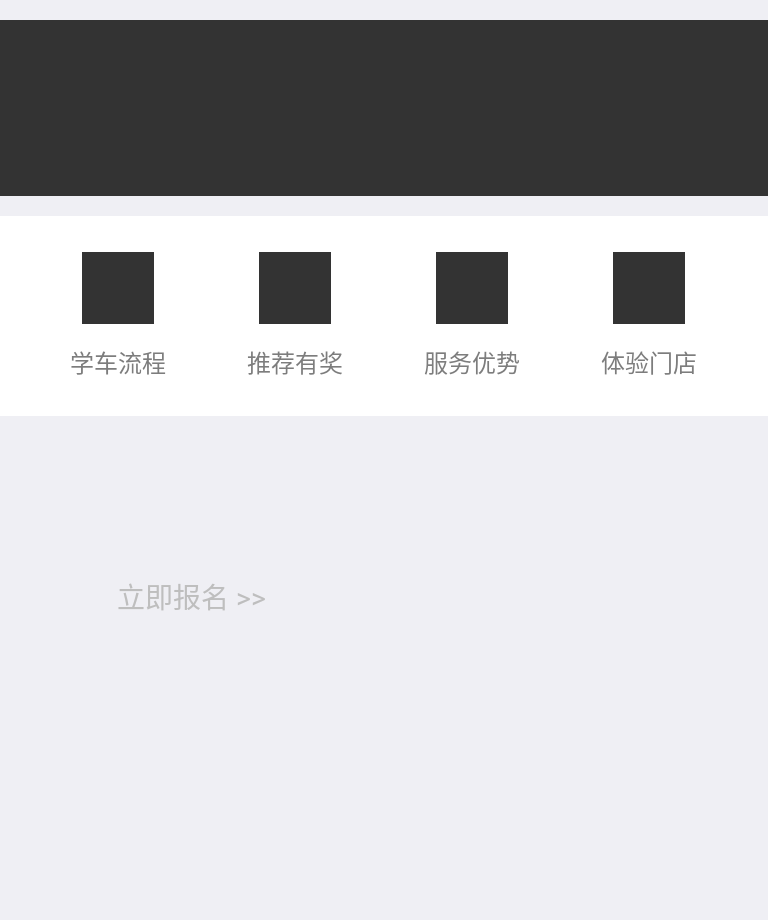
Repository: BugBang/paipaixueche
Layout: DGJP/res/layout/act_home_pager.xml
The author's editor kept a copy of each file at every save. The layout is drawn from the files as they stood at one save, then again after the next save.
The pictures show rows 360 to 1280 of an output 1280 px tall.
It is drawn on a 768 x 1280 px phone screen (xhdpi) without system bars, with theme android:Theme; the app's code is not run.

Above is the layout before, as saved 2016-11-11 08:43:37.

### DGJP/res/layout/act_home_pager.xml
<?xml version="1.0" encoding="utf-8"?>

<LinearLayout
    xmlns:android="http://schemas.android.com/apk/res/android"
    xmlns:app="http://schemas.android.com/apk/res-auto"
    android:layout_width="match_parent"
    android:background="@color/gray_bg"
    android:layout_height="match_parent"
    android:orientation="vertical" >
    <RelativeLayout
        android:layout_width="match_parent"
	    android:layout_height="180dp">
       <!-- -->  <com.session.dgjp.view.CarouselView
	        android:id="@+id/top_ad_view"
	        android:layout_width="match_parent"
		    android:layout_height="180dp"
        />
        <RelativeLayout
            android:background="@android:color/transparent"
            android:orientation="horizontal"
            android:layout_width="match_parent"
            android:layout_height="@dimen/view_48"
            >
            <TextView
                android:id="@+id/tv_local"
                android:textColor="@color/white"
                android:layout_centerVertical="true"
                android:layout_marginLeft="@dimen/view_20"
                android:layout_width="wrap_content"
                android:layout_height="wrap_content"
                android:textSize="@dimen/text_medium_xx"
                android:text="@string/home_tv_local"
                />
            <TextView
                android:textColor="@color/white"
                android:layout_centerInParent="true"
                android:layout_width="wrap_content"
                android:layout_height="wrap_content"
                android:textSize="@dimen/text_title"
                android:text="@string/home_tv_title"
                />
            <TextView
                android:id="@+id/tv_call"
                android:textColor="@color/white"
                android:layout_centerVertical="true"
                android:layout_alignParentRight="true"
                android:layout_marginRight="@dimen/view_20"
                android:layout_width="wrap_content"
                android:layout_height="wrap_content"
                android:textSize="@dimen/text_medium_xx"
                android:text="@string/home_tv_call"
                />
        </RelativeLayout>
    </RelativeLayout>

    <ImageView
        android:layout_marginTop="@dimen/view_10"
        android:layout_width="match_parent"
        android:layout_height="@dimen/view_88"
        android:background="@color/black_333333"
        />

    <LinearLayout
        android:paddingLeft="@dimen/view_15"
        android:paddingRight="@dimen/view_15"
        android:orientation="horizontal"
        android:background="@color/white"
        android:layout_marginTop="@dimen/view_10"
        android:layout_width="match_parent"
        android:layout_height="@dimen/view_100"
        >
        <LinearLayout
            android:orientation="vertical"
            android:layout_width="0dp"
            android:layout_weight="1"
            android:gravity="center"
            android:layout_height="match_parent"
            >
            <ImageView
                android:layout_width="@dimen/view_36"
                android:layout_height="@dimen/view_36"
                android:background="@color/black_333333"
                />
            <TextView
                android:layout_marginTop="10dp"
                android:gravity="center"
                android:layout_width="match_parent"
                android:layout_height="wrap_content"
                android:text="学车流程"
                android:textSize="@dimen/text_medium_x"
                android:textColor="@color/text_gray_dark2"
                />

        </LinearLayout>
        <LinearLayout
            android:orientation="vertical"
            android:layout_width="0dp"
            android:layout_weight="1"
            android:gravity="center"
            android:layout_height="match_parent"
            >
            <ImageView
                android:layout_width="@dimen/view_36"
                android:layout_height="@dimen/view_36"
                android:background="@color/black_333333"
                />
            <TextView
                android:layout_marginTop="10dp"
                android:gravity="center"
                android:layout_width="match_parent"
                android:layout_height="wrap_content"
                android:text="推荐有奖"
                android:textSize="@dimen/text_medium_x"
                android:textColor="@color/text_gray_dark2"
                />
        </LinearLayout>
        <LinearLayout
            android:orientation="vertical"
            android:layout_width="0dp"
            android:layout_weight="1"
            android:gravity="center"
            android:layout_height="match_parent"
            >
            <ImageView
                android:layout_width="@dimen/view_36"
                android:layout_height="@dimen/view_36"
                android:background="@color/black_333333"
                />
            <TextView
                android:layout_marginTop="10dp"
                android:gravity="center"
                android:layout_width="match_parent"
                android:layout_height="wrap_content"
                android:text="服务优势"
                android:textSize="@dimen/text_medium_x"
                android:textColor="@color/text_gray_dark2"
                />

        </LinearLayout>
        <LinearLayout
            android:orientation="vertical"
            android:layout_width="0dp"
            android:gravity="center"
            android:layout_weight="1"
            android:layout_height="match_parent"
            >
            <ImageView
                android:layout_width="@dimen/view_36"
                android:layout_height="@dimen/view_36"
                android:background="@color/black_333333"
                />
            <TextView
                android:layout_marginTop="10dp"
                android:gravity="center"
                android:layout_width="match_parent"
                android:layout_height="wrap_content"
                android:text="体验门店"
                android:textSize="@dimen/text_medium_x"
                android:textColor="@color/text_gray_dark2"
                />
        </LinearLayout>


    </LinearLayout>

    <LinearLayout
        android:layout_marginTop="10dp"
        android:layout_width="match_parent"
        android:layout_height="160dp"
        android:orientation="horizontal"
        >
        <LinearLayout
            android:gravity="center"
            android:layout_width="0dp"
            android:layout_weight="1"
            android:layout_height="match_parent"
            >
            <TextView
                android:layout_width="wrap_content"
                android:layout_height="wrap_content"
                android:text="立即报名 >>"
                />

        </LinearLayout>

         <LinearLayout
             android:gravity="center"
            android:layout_width="0dp"
            android:layout_weight="1"
            android:layout_height="match_parent"
            >

        </LinearLayout>

    </LinearLayout>

</LinearLayout>

### DGJP/res/values/colors.xml
<?xml version="1.0" encoding="utf-8"?>
<resources>

    <color name="common_background">#EBEBEB</color>
    <color name="common_background_transparent">#AAEBEBEB</color>
    <color name="dialog_background">#EEEEEE</color>
    <color name="text_title">#555555</color>
    <color name="divider">#D2D2D2</color>
    <color name="blue">#1990DE</color>
    <color name="blue_00BFF3">#00BFF3</color>
    <color name="red">#FF3000</color>
    <color name="red_FF0808">#FF0808</color>
    <color name="red_pressed">#DD2222</color>
    <color name="pure_red">#FF0000</color>
    <color name="gray">#B8B8B8</color>
    <color name="blue_press">#0F7CC4</color>
    <color name="stroke_blue">#1990DE</color>
    <color name="white">#FFFFFF</color>
    <color name="bg_message_time">#F4F4F4</color>
    <color name="green_00A00B">#00A00B</color>
    <color name="gray_666666">#666666</color>
    <color name="gray_999999">#999999</color>
    <color name="gray_A8A8A8">#A8A8A8</color>
    <color name="gray_ADADAD">#ADADAD</color>
    <color name="gray_9B9B9B">#9B9B9B</color>
    <color name="gray_EFEFEF">#EFEFEF</color>
    <color name="gray_F3F3F3">#F3F3F3</color>
    <color name="gray_A3A3A3">#A3A3A3</color>
    <color name="orange_FF7200">#FF7200</color>
    <color name="orange_E56701">#E56701</color>
    <color name="gray_D7D7D7">#D7D7D7</color>
    <color name="gray_D2D2D2">#D2D2D2</color>
    <color name="gray_EDEDED">#EDEDED</color>
    <color name="yellow_FEB53F">#FEB53F</color>
    <color name="blue_68DAFC">#68DAFC</color>
    <color name="black_333333">#333333</color>
    <color name="gray_888888">#888888</color>
    <color name="gray_F4F4F4">#F4F4F4</color>
    <color name="gray_F2F2F2">#F2F2F2</color>
    <color name="gray_EEEEEE">#EEEEEE</color>
    <color name="gray_989898">#989898</color>
    <color name="gray_CCCCCC">#CCCCCC</color>
    <color name="gray_FAFAFA">#FAFAFA</color>
    <color name="gray_F8F8F8">#F8F8F8</color>
    <color name="gray_bg">#efeff4</color>

    <!-- 字体颜色 -->
    <color name="text_blue">@color/blue</color>
    <color name="text_blue_press">@color/blue_press</color>
    <color name="text_gray">#919191</color>
    <color name="text_white">@color/white</color>
    <color name="text_orange">#FF7200</color>
    <color name="text_hint">#B8B8B8</color>
    <color name="text_msg">#707070</color>
    <color name="text_black">#333333</color>
    <color name="text_gray_dark">#888888</color>
    <color name="text_gray_dark2">#7d7d7d</color>
    <color name="text_about_version">#9E9E9E</color>
    <color name="text_about_declare">#AAAAAA</color>
    <color name="text_id_blue">#0E6CEC</color>
    <color name="radio_text_normal">#606060</color>
    <color name="red_FC7D0D">#FC7D0D</color>

    <!-- 扫描二维码 -->
    <color name="result_view">#b0000000</color>
    <color name="viewfinder_mask">#60000000</color>
    <color name="possible_result_points">#00000000</color>

</resources>

### DGJP/res/values/dimens.xml
<?xml version="1.0" encoding="utf-8"?>
<resources>
    <!-- 界面 -->
    <dimen name="title_height">49dp</dimen>
    <dimen name="divider">1px</dimen>
    <dimen name="divider_minus">-1px</dimen>
    <dimen name="stroke">@dimen/view_1</dimen>
    <dimen name="btn_corner">3dp</dimen>
    <dimen name="dialog_corner">5dp</dimen>
    <dimen name="stroke_null">-1dp</dimen>
    <dimen name="msg_ring">18dp</dimen>
    <dimen name="about_logo">56dp</dimen>

    <!-- 常量 -->
    <dimen name="view_minus_1">-1dp</dimen>
    <dimen name="view_0">0dp</dimen>
    <dimen name="view_1">1dp</dimen>
    <dimen name="view_2">2dp</dimen>
    <dimen name="view_2_5">2.5dp</dimen>
    <dimen name="view_3">3dp</dimen>
    <dimen name="view_3_5">3.5dp</dimen>
    <dimen name="view_4">4dp</dimen>
    <dimen name="view_5">5dp</dimen>
    <dimen name="view_6">6dp</dimen>
    <dimen name="view_6_5">6.5dp</dimen>
    <dimen name="view_7">7dp</dimen>
    <dimen name="view_7_5">7.5dp</dimen>
    <dimen name="view_8">8dp</dimen>
    <dimen name="view_9">9dp</dimen>
    <dimen name="view_10">10dp</dimen>
    <dimen name="view_11">11dp</dimen>
    <dimen name="view_12">12dp</dimen>
    <dimen name="view_13">13dp</dimen>
    <dimen name="view_14">14dp</dimen>
    <dimen name="view_15">15dp</dimen>
    <dimen name="view_16">16dp</dimen>
    <dimen name="view_17">17dp</dimen>
    <dimen name="view_18">18dp</dimen>
    <dimen name="view_19">19dp</dimen>
    <dimen name="view_20">20dp</dimen>
    <dimen name="view_21">21dp</dimen>
    <dimen name="view_22">22dp</dimen>
    <dimen name="view_23">23dp</dimen>
    <dimen name="view_25">25dp</dimen>
    <dimen name="view_24">24dp</dimen>
    <dimen name="view_26">26dp</dimen>
    <dimen name="view_27">27dp</dimen>
    <dimen name="view_29">29dp</dimen>
    <dimen name="view_30">30dp</dimen>
    <dimen name="view_31">31dp</dimen>
    <dimen name="view_32">32dp</dimen>
    <dimen name="view_33">33dp</dimen>
    <dimen name="view_34">34dp</dimen>
    <dimen name="view_35">35dp</dimen>
    <dimen name="view_36">36dp</dimen>
    <dimen name="view_39">39dp</dimen>
    <dimen name="view_40">40dp</dimen>
    <dimen name="view_42">42dp</dimen>
    <dimen name="view_44">44dp</dimen>
    <dimen name="view_48">48dp</dimen>
    <dimen name="view_49">49dp</dimen>
    <dimen name="view_50">50dp</dimen>
    <dimen name="view_60">60dp</dimen>
    <dimen name="view_65">65dp</dimen>
    <dimen name="view_68">68dp</dimen>
    <dimen name="view_74">74dp</dimen>
    <dimen name="view_80">80dp</dimen>
    <dimen name="view_88">88dp</dimen>
    <dimen name="view_100">100dp</dimen>
    <dimen name="view_136">136dp</dimen>
    <dimen name="view_150">150dp</dimen>
    <dimen name="view_170">170dp</dimen>
    <dimen name="view_180">180dp</dimen>
    <dimen name="view_234">234dp</dimen>
    <dimen name="view_260">260dp</dimen>

    <!-- 引用常量的配置 -->
    <dimen name="login_logo_padding">@dimen/view_30</dimen>
    <dimen name="et_right">@dimen/view_0</dimen>
    <dimen name="et_corner">@dimen/view_1</dimen>
    <dimen name="pager_paddding">8.5dp</dimen>
    <dimen name="et_login_height">@dimen/view_50</dimen>
    <dimen name="et_paddding">@dimen/view_15</dimen>
    <dimen name="et_drawable_paddding">@dimen/view_5</dimen>
    <dimen name="btn_small">@dimen/view_30</dimen>
    <dimen name="btn_medium">36.5dp</dimen>
    <dimen name="login_et_margin_top">@dimen/view_30</dimen>
    <dimen name="about_menu_height">@dimen/view_50</dimen>
    <dimen name="about_person_info_height">@dimen/view_30</dimen>

    <!-- 字体 -->
    <!-- <dimen name="text_small">13sp</dimen>
    <dimen name="text_small_x">14sp</dimen> -->
    <dimen name="text_small">9sp</dimen>
    <dimen name="text_9_5">9.5sp</dimen>
    <dimen name="text_small_x">10sp</dimen>
    <dimen name="text_medium">11sp</dimen>
    <dimen name="text_medium_x">12sp</dimen>
    <dimen name="text_12_5">12.5sp</dimen>
    <dimen name="text_medium_xx">13sp</dimen>
    <dimen name="text_medium_xxx">14sp</dimen>
    <dimen name="text_large">15sp</dimen>
    <dimen name="text_title">16sp</dimen>
    <dimen name="text_btn">18sp</dimen>
    <dimen name="password_text">15sp</dimen>
</resources>

### DGJP/res/values/strings.xml
<?xml version="1.0" encoding="utf-8"?>
<resources>

    <!-- 通用 -->
    <string name="colon">：</string>
    <string name="confirm">确定</string>
    <string name="cancel">取消</string>
    <string name="default_error_msg">应用异常，请稍后重试</string>
    <string name="query_datas_fail">查询数据失败，请稍后重试</string>
    <string name="no_data">无记录</string>
    <string name="unknown">未知</string>
    <string name="querying">正在查询</string>
    <string name="submitting_request">正在提交请求</string>
    <string name="submit_fail">请求失败</string>
    <string name="operation_success">操作成功</string>
    <string name="back">返回</string>
    <string name="hint">提示</string>

    <!-- 密码 -->
    <string name="set_password_hint">请设置您的支付密码以便后续操作</string>
    <string name="set_password">设置支付密码</string>
    <string name="modify_password">修改支付密码</string>
    <string name="old_password">原密码</string>
    <string name="new_password">新密码</string>
    <string name="new_password_again">确认新密码</string>
    <string name="hint_old">请输入原密码</string>
    <string name="hint_new">请输入6位数字的新密码</string>
    <string name="hint_new_again">请再次输入新密码</string>
    <string name="id_card">身份证号码</string>
    <string name="id_card_hint">请输入身份证号码</string>
    <string name="verify_code">验证码</string>
    <string name="save">保存</string>

    <!-- 预约时间选择 -->
    <string name="select_date">选择日期</string>
    <string name="select_period">选择时段</string>
    <string name="app_name">拍拍学车</string>
    <string name="version_name">1.0.7</string>

    <!-- 扫描二维码 -->
    <string name="scan">扫描二维码</string>
    <string name="scan_text">将二维码放入框内，即可自动扫描</string>
    <string name="scan_result_abnormal">扫描结果异常</string>

    <!-- 登录 -->
    <string name="hint_input_phone">请输入手机号码</string>
    <string name="hint_input_captcha">请输入验证码</string>
    <string name="get_captcha">获取验证码</string>
    <string name="login">登录</string>
    <string name="register">注册</string>
    <string name="toast_input_phone">请输入手机号码</string>
    <string name="toast_input_right_phone">请输入正确的手机号码</string>
    <string name="toast_get_captcha">请先获取验证码</string>
    <string name="toast_input_captcha">请输入验证码</string>
    <string name="toast_input_right_captcha">请输入正确的验证码</string>

    <!-- 注册 -->
    <string name="name">请输入姓名</string>
    <string name="id_num">请输入身份证号码</string>
    <string name="region">请选择所在地区</string>
    <string name="branch_sch">请选择报名分校</string>

    <!-- 个人中心 -->
    <string name="logout">退出登录</string>
    <string name="about">关于</string>
    <string name="personal_center">个人中心</string>
    <string name="modify_pay_pwd">修改支付密码</string>
    <string name="reset_pay_pwd">重置支付密码</string>
    <string name="my_wallet">我的钱包</string>
    <string name="my_coupon">我的优惠券</string>
    <string name="personal_info">个人资料</string>
    <string name="version_update">版本更新</string>
    <string name="declare">声明：</string>
    <string name="id">身份证号码：</string>
    <string name="address">住址：</string>
    <string name="school_registration">报名分校：</string>
    <string name="time_registration">报名时间：</string>
    <string name="contact_phone">联系电话：</string>
    <string name="balance">当前余额：</string>
    <string name="balance2">余额：</string>
    <string name="yuan">元</string>
    <string name="rmb">￥</string>
    <string name="unusable_coupon">查看不可用券</string>

    <!-- 主页 -->
    <!-- 预约教练 -->
    <string name="order_times">预约次数</string>
    <string name="order">单</string>
    <string name="book">预约</string>
    <string name="search_by_trainer_name">按教练姓名查询</string>
    <string name="search_school_yard">搜索培训分校场地</string>
    <string name="service_phone">服务电话</string>
    <string name="phone">电话</string>
    <string name="_address">地址</string>
    <string name="vicinity">附近</string>
    <string name="school_no_trainer">该分校没有可预约教练</string>
    <string name="your_apply_school">您的报名分校</string>
    <string name="your_last_school">您上一次培训场地</string>
    <string name="my_location">我的位置</string>

    <!-- 地图 -->
    <string name="school_no_location">该分校没有提供位置信息</string>

    <!-- 我的预约 -->
    <string name="my_order">我的预约</string>
    <string name="training_record">培训记录</string>
    <string name="waiting_confirm">待确认</string>
    <string name="confirmed">已确认</string>
    <string name="in_training">培训中</string>
    <string name="cancel_order">取消订单</string>
    <string name="start_sign_in">开始签到</string>
    <string name="end_sign_in">结束签到</string>
    <string name="training_course">培训课程</string>
    <string name="order_time">预约时间</string>
    <string name="order_trainer">预约教练</string>
    <string name="order_status">订单状态</string>
    <string name="course">课程</string>
    <string name="time">时间</string>
    <string name="trainer">教练</string>
    <string name="status">状态</string>
    <string name="confirm_order">确认订单</string>
    <string name="pay">支付</string>
    <string name="operate_fail_update_app">操作失败，请更新应用</string>

    <!-- 历史订单 -->
    <string name="history_order">历史订单</string>
    <string name="finished">完成</string>
    <string name="evaled">查看评价</string>
    <string name="_eval">评价</string>
    <string name="training_car">培训车辆</string>

    <!-- 预约学车 -->
    <string name="period">学时</string>
    <string name="training_period">培训学时</string>
    <string name="training_address">培训地址</string>
    <string name="submit_order">提交订单</string>
    <string name="booking_driving_training">预约学车</string>
    <string name="car">车辆</string>
    <string name="select_car">选择车辆</string>
    <string name="get_cars_fail">获取车辆信息失败</string>
    <string name="fee">费用</string>
    <string name="training_fee">培训费用</string>
    <string name="actual_payment">实际支付</string>
    <string name="please_select_car">请选择车辆</string>
    <string name="please_select_period">请选择时段</string>
    <string name="period_must_be_consecutive">必须选择连续的预约时段</string>
    <string name="trainer_no_order">该教练暂无可预约时段</string>
    <string name="course_no_order">该科目未来7天内没有培训计划</string>
    <string name="_trainer_name">教练姓名</string>
    <string name="belong_school">所属分校</string>
    <string name="branch_school">分校</string>
    <string name="order_detail">订单详情</string>
    <string name="canceling_order">正在取消订单</string>
    <string name="cancel_fail">取消失败</string>

    <!-- 支付 -->
    <string name="order_payment">订单支付</string>
    <string name="pay_password">支付密码</string>
    <string name="please_input_pay_password">请输入支付密码。</string>
    <string name="payment_verification">支付验证</string>
    <string name="unselect_coupon">不使用优惠券</string>
    <string name="settlement_amount">结算金额</string>
    <string name="original_price">原价</string>
    <string name="_original_price">原&#8195;价</string>
    <string name="preferential_price">活动价</string>
    <string name="preferential_amount">已优惠</string>
    <string name="pay_type">支付方式</string>
    <string name="we_chat">微信</string>
    <string name="alipay">支付宝</string>
    <string name="query_pay_type_fail">查询支付方式失败</string>
    <string name="please_select_pay_type">请选择支付方式</string>
    <string name="paying">正在支付</string>
    <string name="pay_fail">支付失败</string>
    <string name="confirm_payment">确认支付</string>
    <string name="pay_fee">支付费用</string>
    <string name="remaining_time">剩余时间</string>
    <string name="please_select_yue">结算金额为0.00元，请使用余额支付。</string>
    <string name="balance_insufficient">余额不足</string>

    <!-- 我的消息 -->
    <string name="my_message">我的消息</string>
    <string name="get_message_fail">获取消息失败</string>
    <string name="delete_message_fail">删除消息失败</string>
    <string name="delete_record_or_not">是否删除该记录？</string>

    <string-array name="message_operations">
        <item>删除</item>
    </string-array>

    <!-- 培训点评 -->
    <string name="training_evaluation">培训点评</string>
    <string name="evaluation_detail">评价详情</string>
    <string name="training_complete">培训完成</string>
    <string name="anonymous_evaluation">匿名评价</string>
    <string name="duration">时长</string>
    <string name="submit_anonymous_evaluation">提交匿名评价</string>
    <string name="select_label">选择标签</string>
    <string name="suggestion_and_complaint_hint">其它建议和投诉（内容匿名，学员放心填写）</string>
    <string name="get_labels_fail">获取标签列表失败</string>
    <string name="submit_evaluation_or_not">是否提交评价？</string>

    <!-- 首页底部栏 -->
    <string name="bottom_home">首页</string>
    <string name="bottom_drive">练车</string>
    <string name="person_center">我</string>

     <!-- 首页顶部栏 -->
    <string name="home_tv_local">深圳</string>
    <string name="home_tv_title">拍拍学车</string>
    <string name="home_tv_call">客服</string>


</resources>

After the next save:
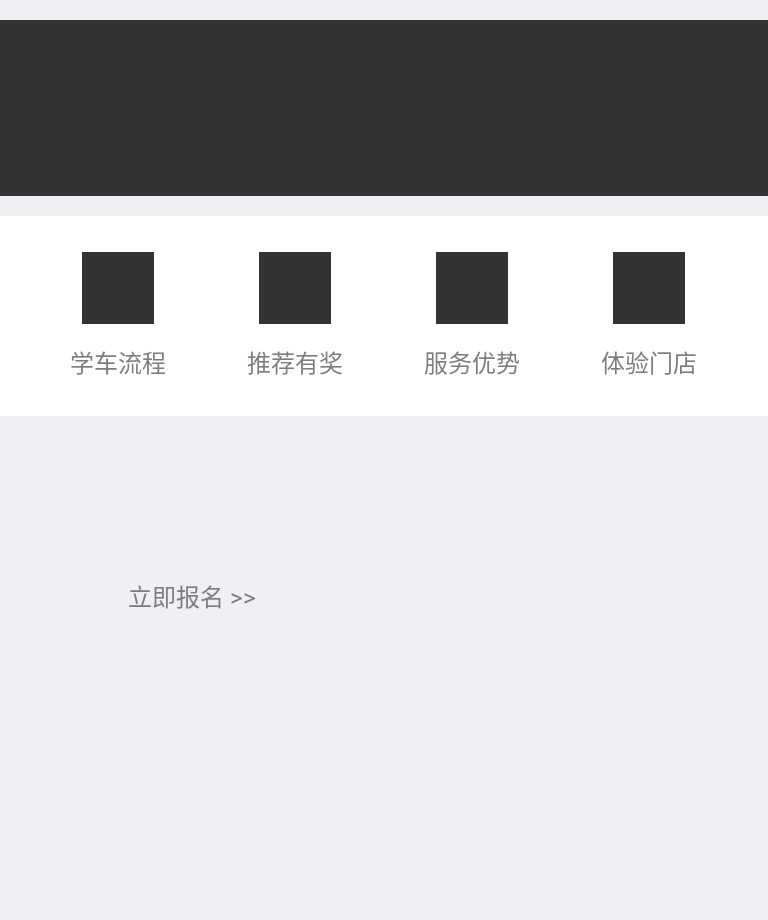
Saved 36 s later.
--- a/DGJP/res/layout/act_home_pager.xml
+++ b/DGJP/res/layout/act_home_pager.xml
@@ -179,6 +179,8 @@
                 android:layout_width="wrap_content"
                 android:layout_height="wrap_content"
                 android:text="立即报名 >>"
+                android:textSize="@dimen/text_medium_x"
+                android:textColor="@color/text_gray_dark2"
                 />
 
         </LinearLayout>
